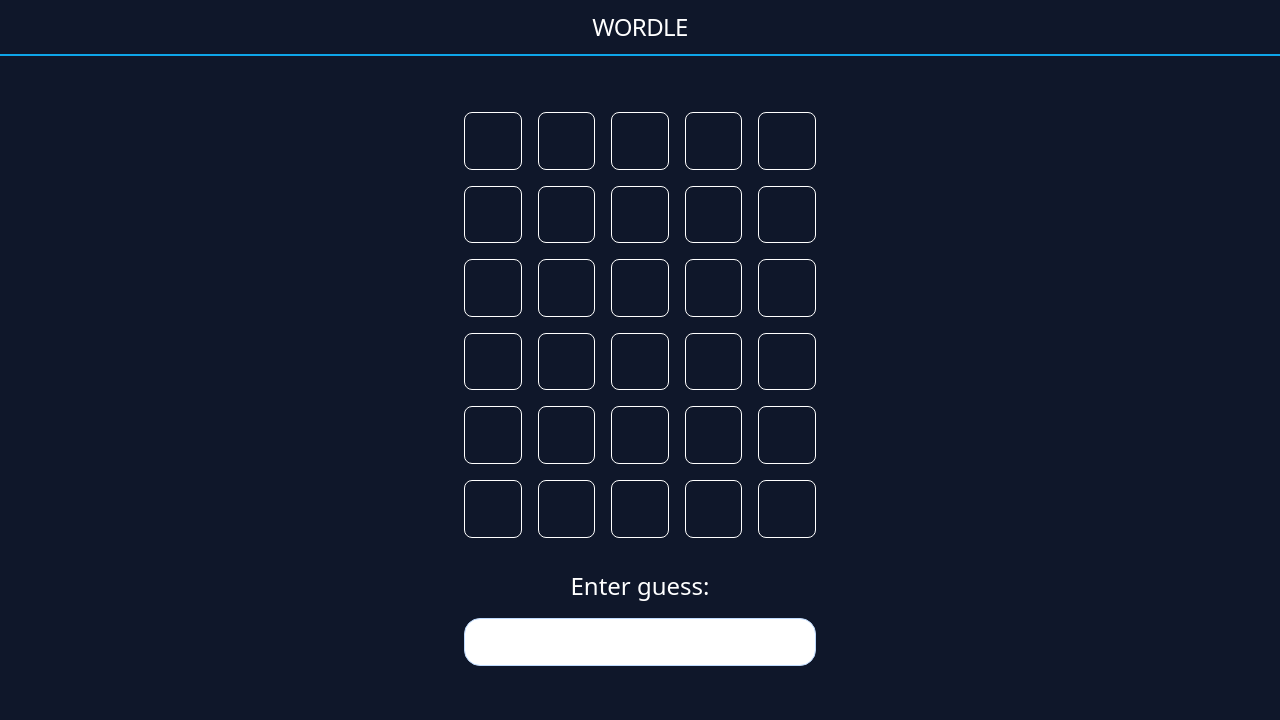
Repository: hjubsoni/basic-wordle-game
Page: / (app in client/)
These files come from the project's save history. The page is drawn as it stood at one moment and after the next save; the edit follows.
The browser window is 1280 px wide. The pictures show the whole page.
The page's requests for data from a server got no answer. The project was rebuilt for these pictures with package versions that can differ from the ones it lists, and the page was loaded fresh each time. No one was signed in, and anything a server would have sent is missing. Also part of the build but not shown: client/vite.config.ts.

Above is the page before, as saved 2023-01-29 20:05:07.

### client/src/main.tsx
import React from 'react';
import ReactDOM from 'react-dom/client';
import App from './App';
import './index.css';

ReactDOM.createRoot(
  document.getElementById('root') as HTMLElement
).render(
  <React.StrictMode>
    <App />
  </React.StrictMode>
);

### client/src/App.tsx
import React from 'react';
import Header from './components/Header';
import Game from './components/Game';

function App() {
  return (
    <div className="h-full">
      <Header />
      <Game />
    </div>
  );
}

export default App;

### client/src/index.css
@tailwind base;
@tailwind components;
@tailwind utilities;

@layer base {
  html,
  body,
  #root {
    @apply h-full bg-slate-900;
  }
}

### client/src/components/Header/Header.tsx
import React from 'react';

function Header() {
  return (
    <header className="flex h-14 items-center justify-center  border-b-2 border-sky-500 ">
      <h2 className="uppercase text-white text-2xl tracking-tight">
        Wordle
      </h2>
    </header>
  );
}

export default Header;

### client/src/components/Game/Game.tsx
import React from 'react';
import { range } from '../../utils/range';
import Row from '../Row';
import Form from '../Form';
import ResultPopUp from '../ResultPopUp';

function Game() {
  const [correctWord, setCorrectWord] = React.useState('');
  const [guessedWords, setGuessedWords] = React.useState<string[]>(
    []
  );
  const [warningMessage, setWarningMessage] =
    React.useState<boolean>(false);

  const generateCorrectWord = async () => {
    const response = await fetch('http://localhost:5000/api');
    const words = await response.json();
    setCorrectWord(words[Math.floor(Math.random() * words.length)]);
  };

  React.useEffect(() => {
    generateCorrectWord();
  }, []);

  const handleSubmitGuess = (guess: string) => {
    setGuessedWords([...guessedWords, guess]);
  };

  return (
    <main className="flex items-center justify-center flex-col gap-8 p-4 max-w-sm  mx-auto">
      {warningMessage && (
        <p className="text-red-500 ">Not in word list</p>
      )}
      <div className="flex gap-4 flex-col max-w-sm w-full rouded-lg mt-10 ">
        {range(6).map((_, rowIdx) => {
          const validatedWord = guessedWords[rowIdx]
            ? guessedWords[rowIdx]
            : '';
          return (
            <Row
              key={rowIdx}
              currentWord={validatedWord}
              correctWord={correctWord}
            />
          );
        })}
      </div>

      <Form
        handleSubmitGuess={handleSubmitGuess}
        guessedWords={guessedWords}
        setWarningMessage={setWarningMessage}
        correctWord={correctWord}
      />
      <ResultPopUp
        guessedWords={guessedWords}
        correctWord={correctWord}
      />
    </main>
  );
}

export default Game;

### client/src/utils/range.tsx
export const range = (start: number, end?: number, step = 1) => {
  let output = [];
  if (typeof end === 'undefined') {
    end = start;
    start = 0;
  }
  for (let i = start; i < end; i += step) {
    output.push(i);
  }
  return output;
};

### client/src/components/ResultPopUp/index.tsx
export { default } from './ResultPopUp';

### client/src/components/Row/Row.tsx
import React from 'react';
import { range } from '../../utils/range';
import Cell from '../Cell';

function Row({
  currentWord,
  correctWord,
}: {
  currentWord: string;
  correctWord: string;
}) {
  const checkGuess = (currentWord: string, correctWord: string) => {
    if (currentWord.length !== 5) return;
    const chars = currentWord.toUpperCase().split('');
    return chars.map((char, idx) => {
      let status;
      if (char === correctWord[idx]) {
        status = 'correct';
      } else if (correctWord.includes(char)) {
        status = 'misplaced';
      } else {
        status = 'incorrect';
      }
      return {
        letter: currentWord[idx],
        status,
      };
    });
  };

  const result = checkGuess(currentWord, correctWord);

  return (
    <div className="flex gap-4">
      {range(5).map((_, cellIdx) => {
        const status = result ? result[cellIdx].status : '';
        return (
          <Cell
            key={cellIdx}
            currentChar={currentWord[cellIdx]}
            status={status}
          />
        );
      })}
    </div>
  );
}

export default Row;

### client/src/components/Form/Form.tsx
import React from 'react';

function Form({
  handleSubmitGuess,
  guessedWords,
  setWarningMessage,
  correctWord,
}: {
  handleSubmitGuess: (guess: string) => void;
  guessedWords: string[];
  setWarningMessage: (warningMessage: boolean) => void;
  correctWord: string;
}) {
  const [possibleWords, setPossibleWords] = React.useState<string[]>(
    []
  );
  const [guess, setGuess] = React.useState('');

  const getPossibleWords = async () => {
    const response = await fetch('http://localhost:5000/api');
    const words = await response.json();
    setPossibleWords(words);
  };

  React.useEffect(() => {
    getPossibleWords();
  }, []);

  const handleSubmit = (e: React.FormEvent<HTMLFormElement>) => {
    e.preventDefault();
    if (possibleWords.includes(guess)) {
      handleSubmitGuess(guess);
      setGuess('');
      setWarningMessage(false);
    }
    if (!possibleWords.includes(guess)) {
      setWarningMessage(true);
      setGuess('');
    }
  };

  return (
    <form
      onSubmit={handleSubmit}
      className="flex gap-4 items-center flex-col w-full"
    >
      <label htmlFor="guess" className="text-white text-2xl">
        Enter guess:
      </label>
      <input
        className="border border-blue-200 rounded-2xl px-2 h-12 w-full text-2xl"
        type="text"
        id="guess"
        name="guess"
        value={guess}
        onChange={(e) => setGuess(e.target.value.toUpperCase())}
        required={true}
        minLength={5}
        maxLength={5}
        disabled={
          guessedWords.length === 6 ||
          guessedWords.includes(correctWord)
        }
        autoComplete="off"
      />
    </form>
  );
}

export default Form;

### client/src/components/ResultPopUp/ResultPopUp.tsx
import React from 'react';

function ResultPopUp({
  guessedWords,
  correctWord,
}: {
  guessedWords: string[];
  correctWord: string;
}) {
  const stauts = guessedWords.includes(correctWord)
    ? 'Congratulations'
    : `You lost! The correct word was ${correctWord}`;
  return <p>{status}</p>;
}

export default ResultPopUp;

### client/src/components/Cell/index.tsx
export { default } from './Cell';

### client/src/components/Cell/Cell.tsx
import React from 'react';

function Cell({
  currentChar,
  status,
}: {
  currentChar: string;
  status: string;
}) {
  let styles;
  switch (status) {
    case 'correct':
      styles = 'bg-green-500';
      break;
    case 'misplaced':
      styles = 'bg-yellow-500';
      break;
    case 'incorrect':
      styles = 'bg-gray-500';
      break;
    default:
      styles = 'bg-slate-900';
  }
  return (
    <div
      className={`${styles} border border-white flex-1 aspect-square rounded-lg text-white text-3xl uppercase flex items-center justify-center`}
    >
      {currentChar}
    </div>
  );
}

export default Cell;

### client/tailwind.config.cjs
/** @type {import('tailwindcss').Config} */
module.exports = {
  content: ['./index.html', './src/**/*.{js,ts,jsx,tsx}'],
  theme: {},
  plugins: [],
};

Loaded but not shown: client/index.html (common file); client/src/components/Header/index.tsx (common file); client/src/components/Game/index.tsx (common file); client/src/components/Row/index.tsx (common file); client/src/components/Form/index.tsx (common file)

After the next save:
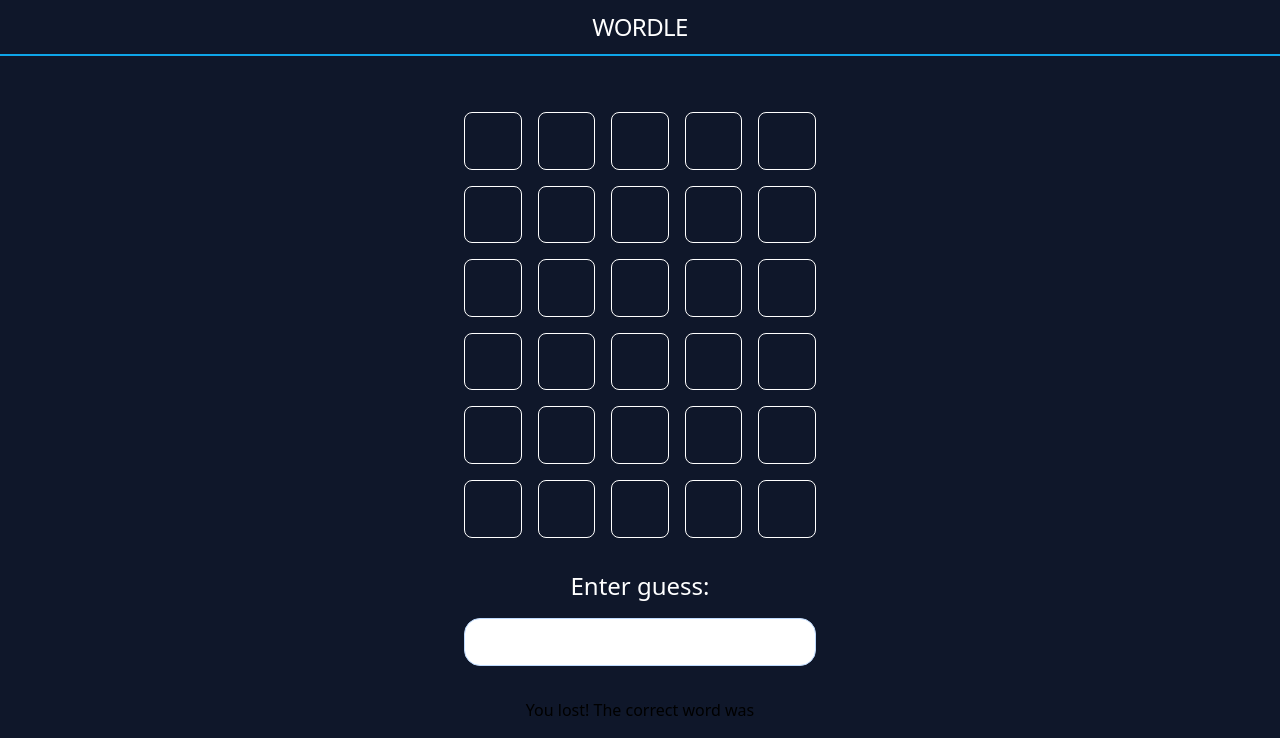
Saved 5 s later.
--- a/client/src/components/ResultPopUp/ResultPopUp.tsx
+++ b/client/src/components/ResultPopUp/ResultPopUp.tsx
@@ -7,7 +7,7 @@
   guessedWords: string[];
   correctWord: string;
 }) {
-  const stauts = guessedWords.includes(correctWord)
+  const status = guessedWords.includes(correctWord)
     ? 'Congratulations'
     : `You lost! The correct word was ${correctWord}`;
   return <p>{status}</p>;
